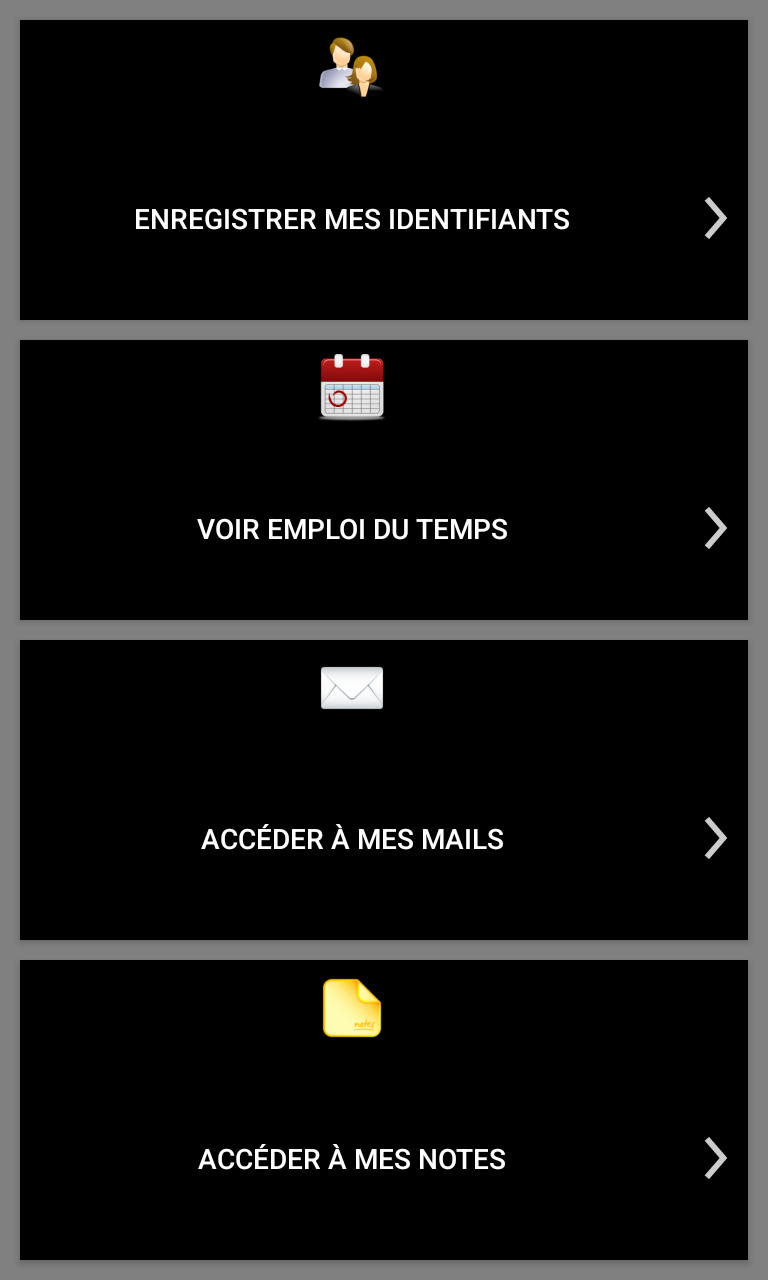
Repository: cpluuuusplus/WhoWantsKitKat
Layout: AppliPlus/res/layout/activity_menu_pamplemousse.xml
The author's editor kept a copy of each file at every save. The layout is drawn from the files as they stood at one save, then again after the next save.
It is drawn on a 768 x 1280 px phone screen (xhdpi) without system bars, with theme Theme.AppCompat.Light; the app's code is not run.

Above is the layout before, as saved 2014-05-12 15:04:54.

After the next save:
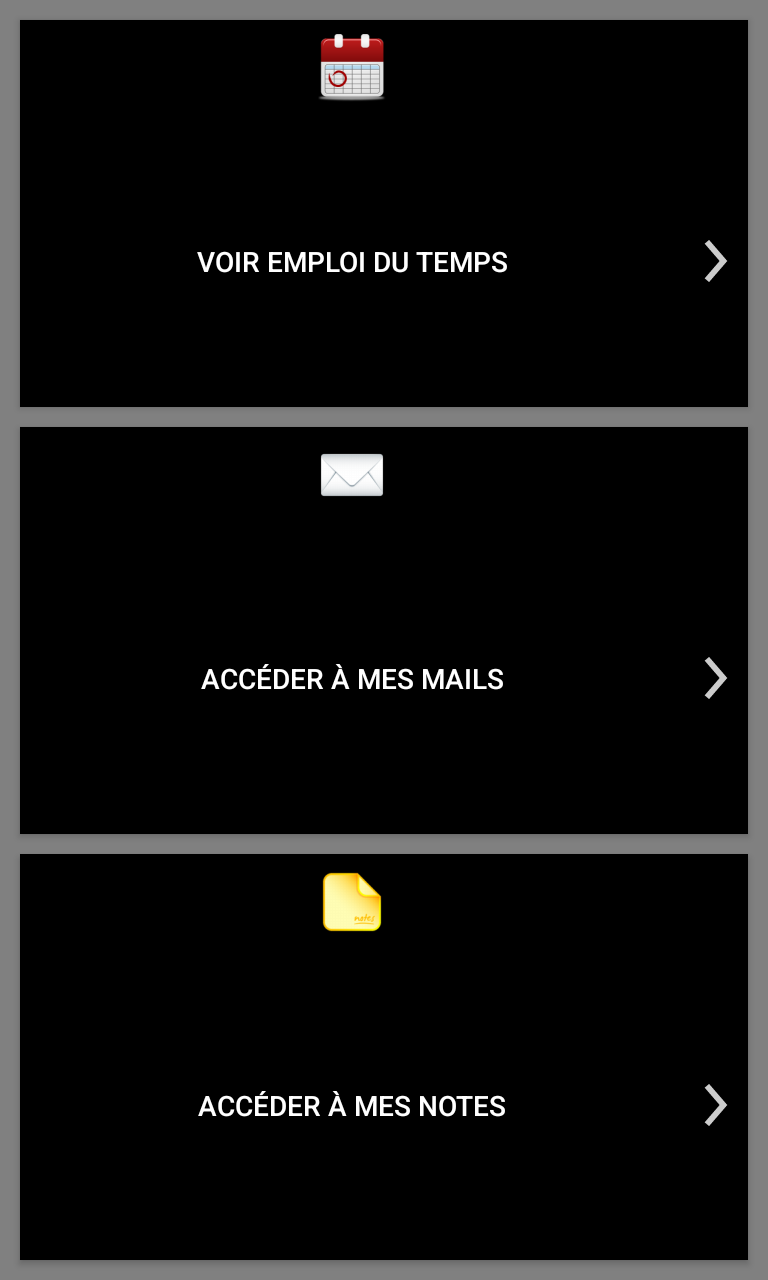
Saved 30 s later.
--- a/AppliPlus/res/layout/activity_menu_pamplemousse.xml
+++ b/AppliPlus/res/layout/activity_menu_pamplemousse.xml
@@ -4,21 +4,6 @@
     android:layout_height="match_parent"
     android:background="@color/gray"
     android:orientation="vertical" >
-
-    <Button
-        android:id="@+id/connexion"
-        android:layout_width="match_parent"
-        android:layout_height="fill_parent"
-        android:layout_marginLeft="10dp"
-        android:layout_marginRight="10dp"
-        android:layout_marginTop="10dp"
-        android:layout_weight="1"
-        android:background="@color/black_color"
-        android:drawableRight="@drawable/ic_action_next_item"
-        android:drawableTop="@drawable/login"
-        android:onClick="onClickLogin"
-        android:text="Enregistrer mes identifiants"
-        android:textColor="@color/white" />
 
     <Button
         android:id="@+id/pampViewer"
